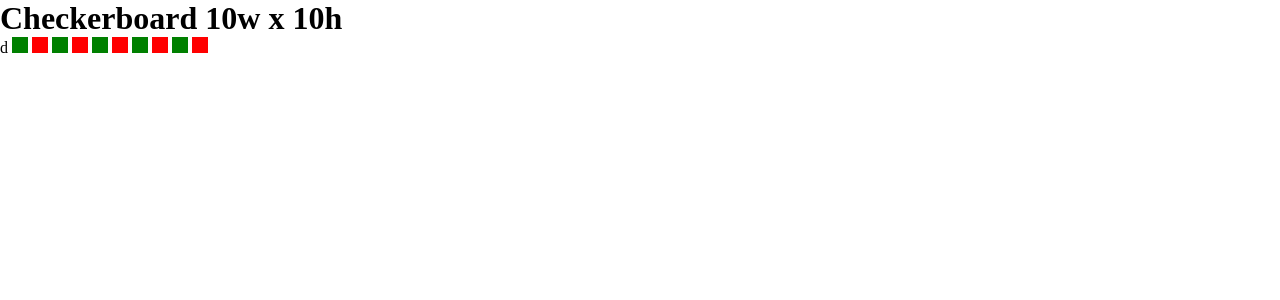
Repository: bchang1213/javaEE
Page: http://localhost/Checkerboard/view.jsp
These files come from the project's save history. The page is drawn as it stood at one moment and after the next save; the edit follows.
The browser window is 1280 px wide. The pictures show the whole page.
The page is served by Tomcat 9.

Above is the page before, as saved 2017-10-05 20:38:33.

### Checkerboard/WebContent/view.jsp
<%@ page language="java" contentType="text/html; charset=UTF-8"
    pageEncoding="UTF-8"%>
<!DOCTYPE html PUBLIC "-//W3C//DTD HTML 4.01 Transitional//EN" "http://www.w3.org/TR/html4/loose.dtd">
<html>
<head>
	<meta http-equiv="Content-Type" content="text/html; charset=UTF-8">
	<title>Checkerboard</title>
	<link rel="stylesheet" type="text/css" href="style.css">
</head>
<body>

	<%
	String w = request.getParameter("width");
	String h = request.getParameter("height");
	Integer width = 0;
	Integer height = 0;
	%>
	<% if(w == null) { %>
		<% width = 10; %>
	<% } else { %>
		<% width = Integer.parseInt(w); %>
	<% } %>

	<% if(h == null) { %>
		<% height = 10; %>
	<% } else { %>
		<% height = Integer.parseInt(h); %>
	<% } %>

	<h1>Checkerboard <%= width %>w x <%=  height %>h</h1>
		d
		<%for(int i = 1; i <= width;i++){ %>
			<div class='block'></div>
		<%} %>

</body>
</html>

### Checkerboard/WebContent/style.css
* {
	margin: 0px;
	padding: 0px;
}

body{
	width: 500px;
	height: 500px;
}

div.block{
	display: inline-block;
	background-color:red;
}

div.block:nth-child(odd){
	width:1em;
	height: 1em;

}

div.block:nth-child(even){
	width:1em;
	height: 1em;
	background-color:green;
}

After the next save:
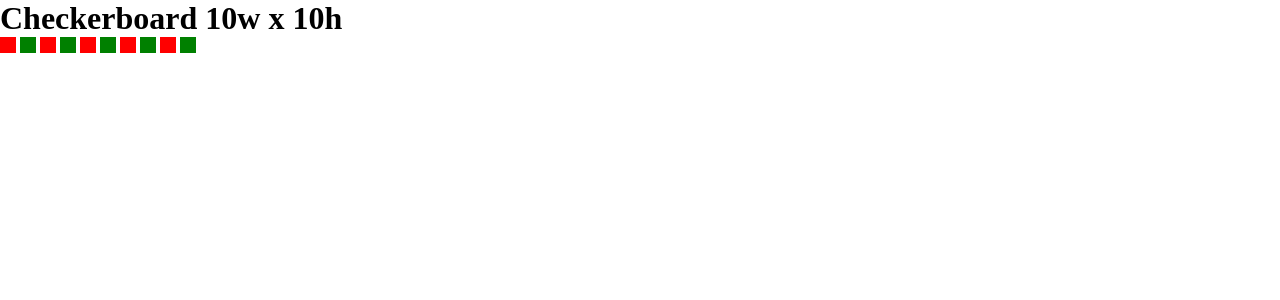
Saved 52 s later.
--- a/Checkerboard/WebContent/view.jsp
+++ b/Checkerboard/WebContent/view.jsp
@@ -28,10 +28,11 @@
 	<% } %>
 
 	<h1>Checkerboard <%= width %>w x <%=  height %>h</h1>
-		d
+	<div id="checkerboard">
 		<%for(int i = 1; i <= width;i++){ %>
 			<div class='block'></div>
 		<%} %>
+	</div>
 
 </body>
 </html>
